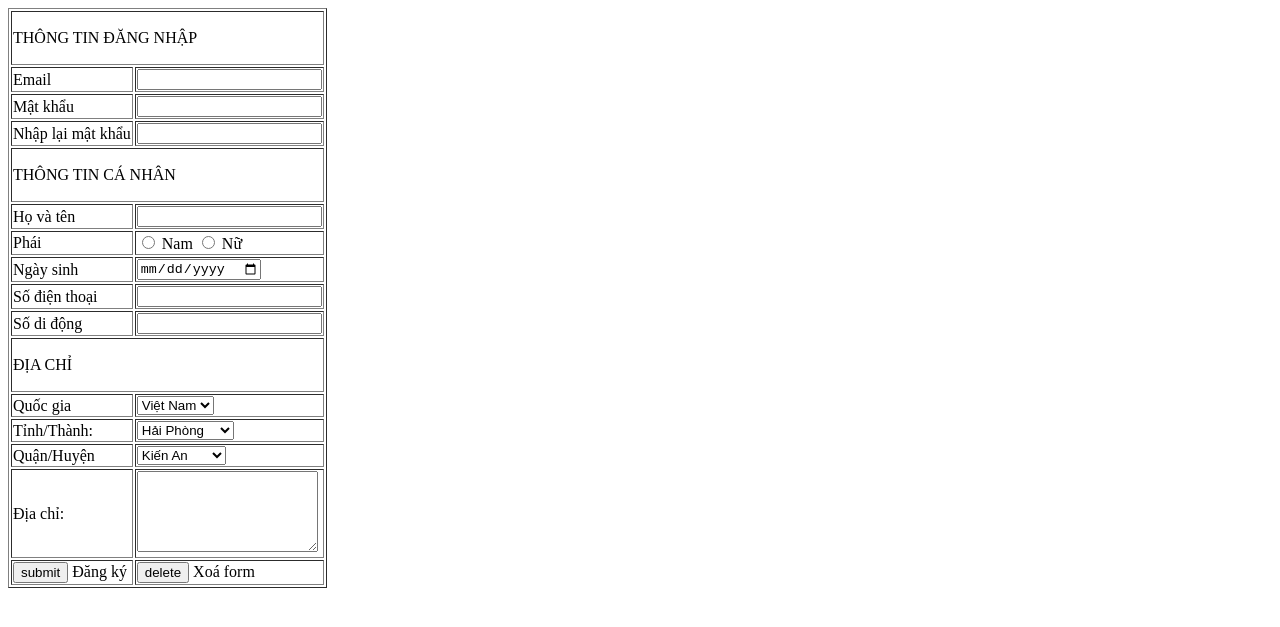
Repository: Vanh260703/Java-Servlet
Page: Bai1_HelloWorld/src/main/webapp/vidu.html
The author's editor kept a copy of each file at every save. The page is drawn from the files as they stood at one save, then again after the next save.
The browser window is 1280 px wide. The pictures show the whole page.

Above is the page before, as saved 2025-02-28 16:17:34.

After the next save:
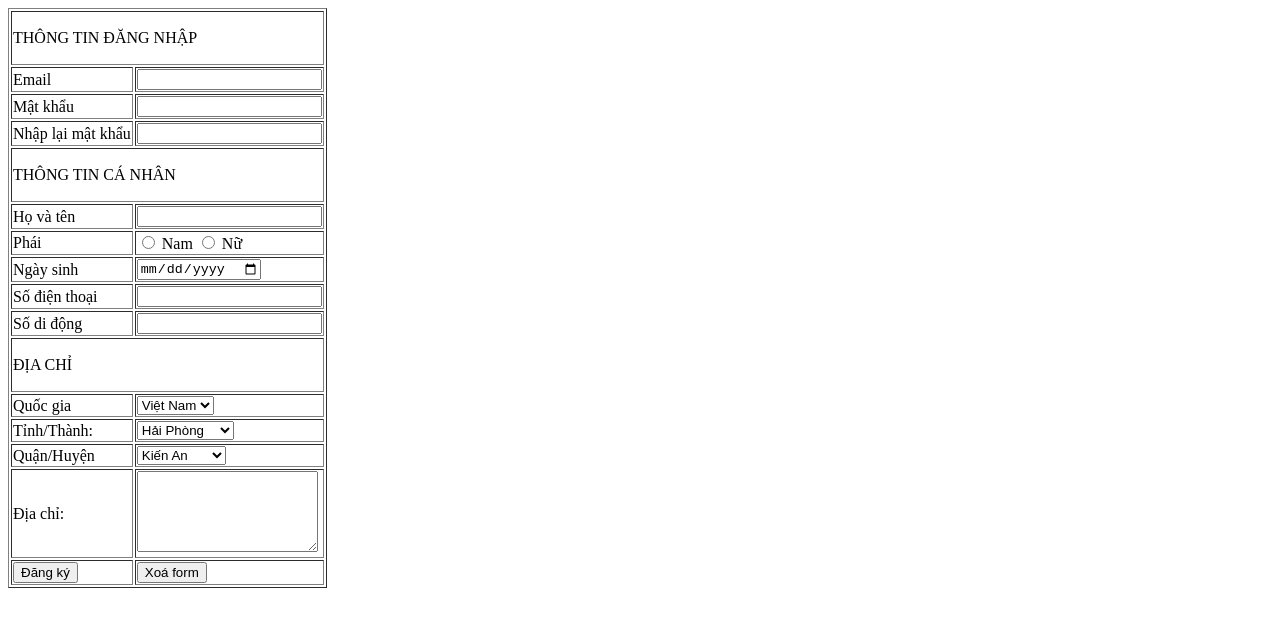
Saved 32 s later.
--- a/Bai1_HelloWorld/src/main/webapp/vidu.html
+++ b/Bai1_HelloWorld/src/main/webapp/vidu.html
@@ -129,10 +129,10 @@
 			</tr>
 			<tr>
 				<td>
-					<input type = "button" id = "submit" value = "submit"> Đăng ký
+					<input type = "button" id = "submit" value = "Đăng ký">
 				</td>
 				<td>
-					<input type = "button" id = delete" value = "delete"> Xoá form
+					<input type = "button" id = delete" value = "Xoá form">
 				</td>
 			</tr>
 		</tbody>
